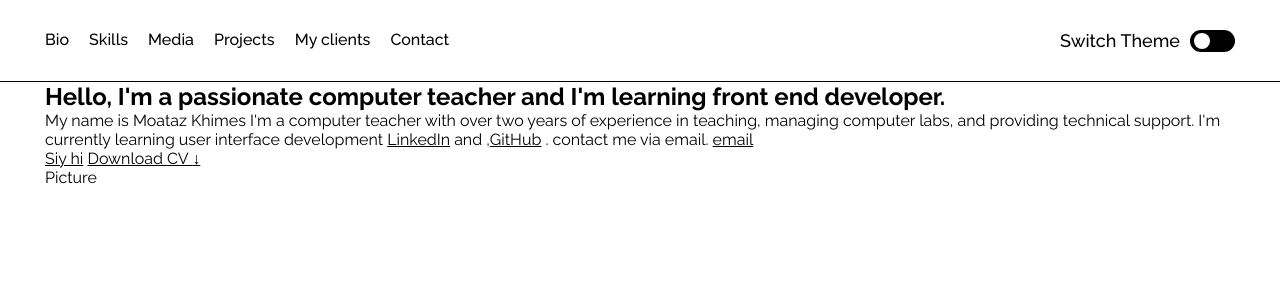
Repository: moataz305G/Personal-website
Page: index.html
These files come from the project's save history. The page is drawn as it stood at one moment and after the next save; the edit follows.
The browser window is 1280 px wide. The pictures show the whole page.

Above is the page before, as saved 2025-12-12 20:58:50.

After the next save:
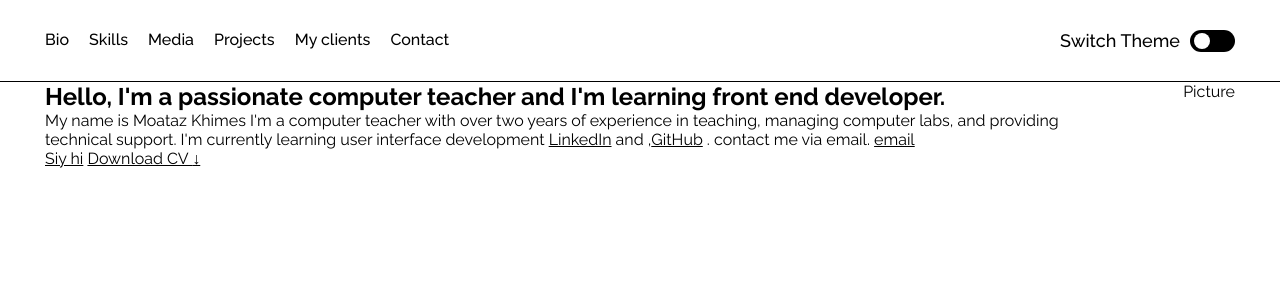
Saved 117 s later.
--- a/Style.css
+++ b/Style.css
@@ -165,5 +165,11 @@ header {
 
 .section {
   display: grid;
-  grid-template-columns: repeat(2);
+  grid-template-columns: repeat(2, auto);
+  align-items: start;
 }
+
+/* Bio */
+.bio {
+  grid-gap: 7.4rem;
+}
